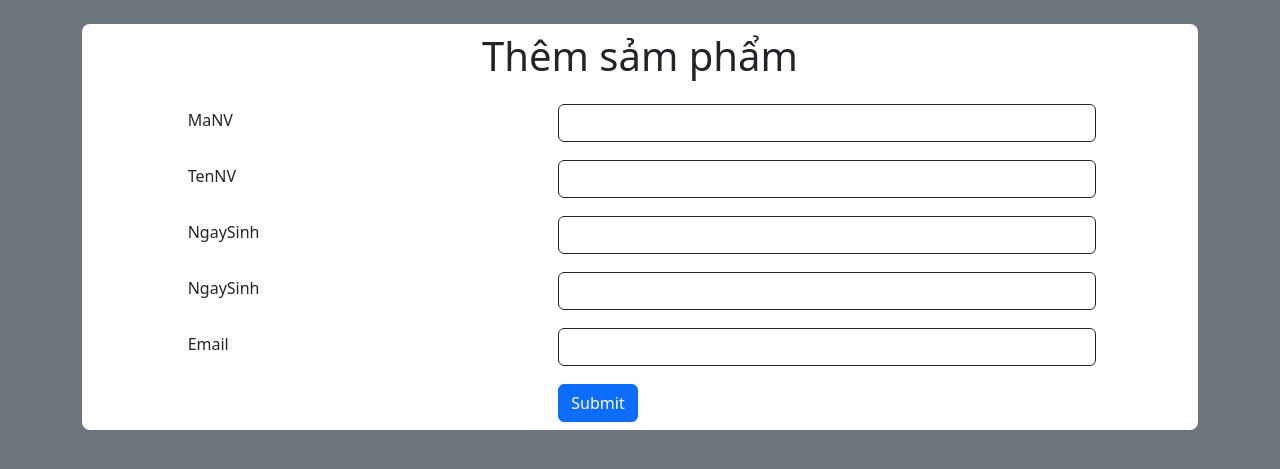
Repository: HT-35/iuh
Page: thi GK/index.html
The author's editor kept a copy of each file at every save. The page is drawn from the files as they stood at one save, then again after the next save.
The browser window is 1280 px wide. The pictures show the whole page.

Above is the page before, as saved 2024-03-28 07:05:00.

### thi GK/index.html
<!DOCTYPE html>
<html lang="en">

<head>
  <meta charset="UTF-8">
  <meta name="viewport" content="width=device-width, initial-scale=1.0">
  <title>Call API from Form Input</title>
  <link href="https://cdn.jsdelivr.net/npm/bootstrap@5.3.3/dist/css/bootstrap.min.css" rel="stylesheet">
</head>

<body class="container bg-secondary">

  <div class="row">

    <!-- <div class="col-sm-3 col-md-3 col-lg-3"></div> -->

    <div class="col-12 col-sm-12 col-md-12 col-lg-12">
      <div class="  bg-white rounded-3 p-2 w-100 mt-4">
        <div class="row">

          <div class="title col-12 col-sm-12 col-md-12 col-lg-12">
            <h1 class="text-center">Thêm sảm phẩm</h1>
          </div>
        </div>

        <form action="#" class="">
          <div class="mb-3 mt-3 row">
            <div class="col-0 col-sm-2 col-md-2 col-lg-1  ">

            </div>
            <div class="col-6 col-sm-4 col-md-4 col-lg-4  ">
              <label for="name-product" class="form-label p-1">MaNV</label>
            </div>
            <div class="col-6 col-sm-6 col-md-6 col-lg-6">
              <input type="text" class="form-control border border-dark" id="MaNV" placeholder="" name="name-product">
            </div>
          </div>



          <div class="mb-3 mt-3 row">
            <div class="col-0 col-sm-2 col-md-2 col-lg-1  ">

            </div>
            <div class="col-6 col-sm-4 col-md-4 col-lg-4  ">
              <label for="price" class="form-label p-1">TenNV</label>
            </div>
            <div class="col-6 col-sm-6 col-md-6 col-lg-6"><input type="number" class="form-control border border-dark"
                id="TenNV" placeholder="" name="price"></div>
          </div>

          <div class="mb-3 mt-3 row">
            <div class="col-0 col-sm-2 col-md-2 col-lg-1  ">

            </div>
            <div class="col-6 col-sm-4 col-md-4 col-lg-4  ">
              <label for="price" class="form-label p-1">NgaySinh</label>
            </div>
            <div class="col-6 col-sm-6 col-md-6 col-lg-6"><input type="number" class="form-control border border-dark"
                id="price" placeholder="" name="price"></div>
          </div>

          <div class="mb-3 mt-3 row">
            <div class="col-0 col-sm-2 col-md-2 col-lg-1  ">

            </div>
            <div class="col-6 col-sm-4 col-md-4 col-lg-4  ">
              <label for="price" class="form-label p-1">NgaySinh</label>
            </div>
            <div class="col-6 col-sm-6 col-md-6 col-lg-6"><input type="number" class="form-control border border-dark"
                id="price" placeholder="" name="price"></div>
          </div>
          <div class="mb-3 mt-3 row">
            <div class="col-0 col-sm-2 col-md-2 col-lg-1  ">

            </div>
            <div class="col-6 col-sm-4 col-md-4 col-lg-4  ">
              <label for="price" class="form-label p-1">Email</label>
            </div>
            <div class="col-6 col-sm-6 col-md-6 col-lg-6"><input type="number" class="form-control border border-dark"
                id="price" placeholder="" name="price"></div>
          </div>


          <div class="row">
            <div class=" col-4 col-sm-5 col-md-5 col-lg-5 "></div>
            <div class=" col-6 col-sm-3 col-md-3 col-lg-3 "><button type="button"
                class="btn  btn-primary">Submit</button>
            </div>
            <div class=" col-6 col-sm-4 col-md-4 col-lg-4 "></div>

          </div>

          <div class="insertData">
            <!-- <div class="title col-12 col-sm-12 col-md-12 col-lg-12">
              <h1 class="text-center">Thêm Sẩn Phẩm Thành Công</h1>
            </div>
            <div class="table-responsive">
              <table class="table">
                <thead>
                  <tr>
                    <th>STT</th>
                    <th>MaNV</th>
                    <th>TenNV</th>
                    <th>NgaySinh</th>
                    <th>GioiTinh</th>
                    <th>Email</th>
                  </tr>
                </thead>
                <tbody id="insertData"> -->
            <!-- <tr>
                                      <th scope="row">1</th>
                                      <td>iphone 15</td>
                                      <td>15.000.000</td>
                                      <td>iphone 15</td>
                                      <td>15.000.000</td>
                                      <td>15.000.000</td>
                                    </tr> -->

            </tbody>
            </table>
          </div>
      </div>
      </form>
      <div id="result"></div>
    </div>

  </div>


  <!-- <div class="col-sm-3 col-md-3 col-lg-3"></div> -->
  </div>



  <script src="https://cdn.jsdelivr.net/npm/bootstrap@5.3.3/dist/js/bootstrap.bundle.min.js"></script>
  <script src="./js/script.js"></script>
</body>

</html>

### thi GK/js/script.js
document.addEventListener("DOMContentLoaded", async () => {
  const btn = document.querySelector(".btn");

  const callApi = async (product) => {
    const res = await fetch("http://localhost:3000/product/create", {
      method: "POST",
      headers: {
        "Content-Type": "application/json", // Thêm header Content-Type
      },
      body: JSON.stringify(product),
    });
    const data = await res.json();
    return data;
  };

  btn.addEventListener("click", async () => {
    const nameProduct = document.querySelector("#name-product").value;
    const price = document.querySelector("#price").value;

    const product = {
      product: nameProduct,
      price: price,
    };

    const dataApi = await callApi(product);
    console.log(dataApi);
    // const { product, price } = dataApi.data;

    if (dataApi.status) {
      const insertData = document.querySelector("#insertData");
      const { product, price } = dataApi.data;

      const template = `
                  <div class="title col-12 col-sm-12 col-md-12 col-lg-12">
              <h1 class="text-center">Thêm Sẩn Phẩm Thành Công</h1>
            </div>
            <div class="table-responsive">
              <table class="table">
                <thead>
                  <tr>
                    <th>STT</th>
                    <th>MaNV</th>
                    <th>TenNV</th>
                    <th>NgaySinh</th>
                    <th>GioiTinh</th>
                    <th>Email</th>
                  </tr>
                </thead>
                <tbody id="insertData">
              <tr>
                                      <th scope="row">1</th>
                                      <td>${product}</td>
                                      <td>${price}</td>
                                      <td>${product}</td>
                                      <td>${price}</td>
                                      <td>${price}</td>
              </tr>

           `;
      insertData.insertAdjacentHTML("beforeend", template);
    }
    // console.log(product);
  });
});

After the next save:
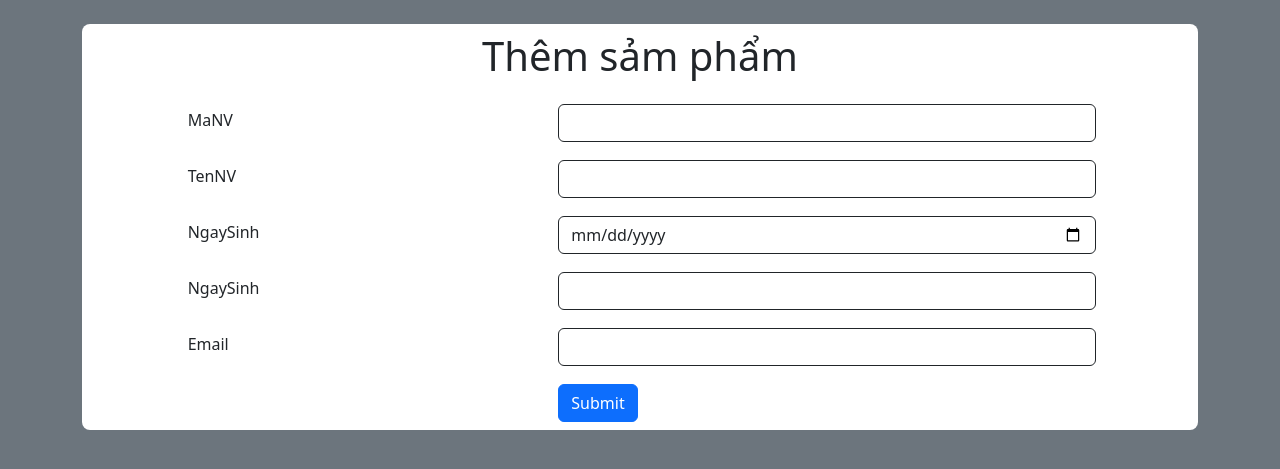
Saved 5 s later.
--- a/thi GK/index.html
+++ b/thi GK/index.html
@@ -56,7 +56,7 @@
             <div class="col-6 col-sm-4 col-md-4 col-lg-4  ">
               <label for="price" class="form-label p-1">NgaySinh</label>
             </div>
-            <div class="col-6 col-sm-6 col-md-6 col-lg-6"><input type="number" class="form-control border border-dark"
+            <div class="col-6 col-sm-6 col-md-6 col-lg-6"><input type="date" class="form-control border border-dark"
                 id="price" placeholder="" name="price"></div>
           </div>
 
